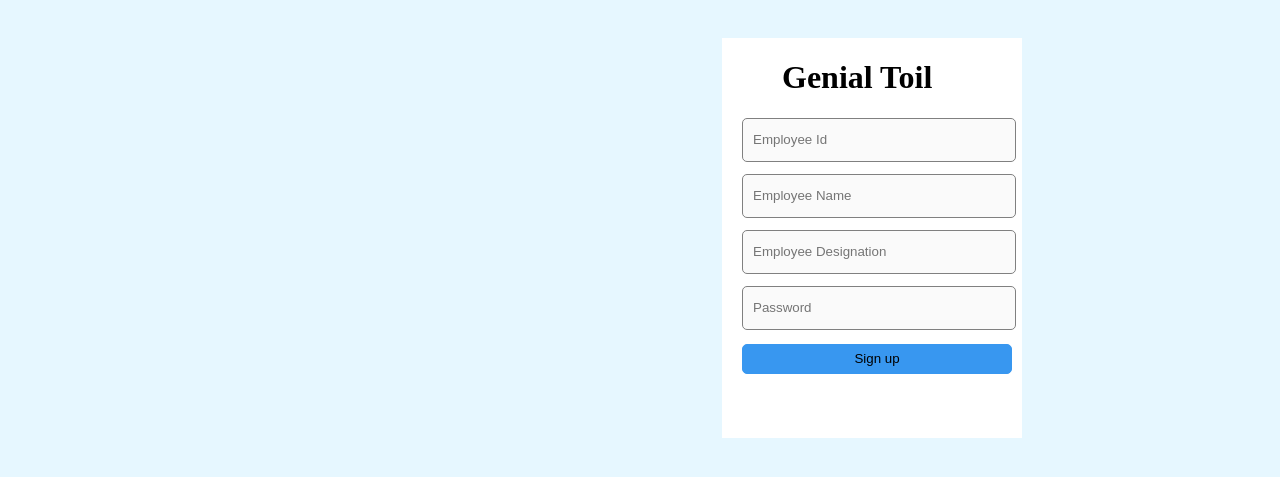
Repository: robin9533/Basic-Programs-App.
Page: GW-Genial Work Proj/GT_GenialToil/WebContent/EmployeeSignup.html
The author's editor kept a copy of each file at every save. The page is drawn from the files as they stood at one save, then again after the next save.
The browser window is 1280 px wide. The pictures show the whole page.

Above is the page before, as saved 2019-05-10 09:59:14.

### GW-Genial Work Proj/GT_GenialToil/WebContent/EmployeeSignup.html
<!DOCTYPE html>
<html>
<head>
<meta charset="ISO-8859-1">
<title>Employee Registration Form</title>
<link rel="Stylesheet" type="text/css" href="EmployeeSignup.css">
</head>
<body>

	<div class="registrationblock">
		<h1>
			Genial Toil
			</h1>
				<Form action="EmployeeSignupServlet">

					<input type="text" name="empId" placeholder="Employee Id">
					<input type="text" name="empName" placeholder="Employee Name">
					<input type="text" name="empDes" placeholder="Employee Designation">
					<input type="password" name="empPass" placeholder="Password">
					<button type="button">Sign up</button>

				</Form>
	</div>

</body>
</html>

### GW-Genial Work Proj/GT_GenialToil/WebContent/EmployeeSignup.css
@charset "ISO-8859-1";

body{
	background-color: #e6f7ff;
}
.registrationblock {
	height:400px;
	width: 300px;
	float:right;
	border:0px solid black;
	background-color: rgb(255, 255, 255);
	margin-top: 30px;
	margin-right: 250px
}
.registrationblock input{
	width: 260px;
	height:40px;
	margin-bottom:12px;
	margin-left:20px;
	background: #fafafa;
	border: none;
	border:1px solid gray;
	border-radius: 5px;
	padding-left: 10px;
}
.registrationblock button{
	width:270px;
	height:30px;
	margin-left:20px;
	margin-top:2px;
	text-align: center;
	cursor: pointer;
	background: #3897F0;
	border-radius:5px;
	border: 1px solid #3897F0;
	}
.registrationblock h1{
	margin-left: 60px;
	cursor: default;
	}

After the next save:
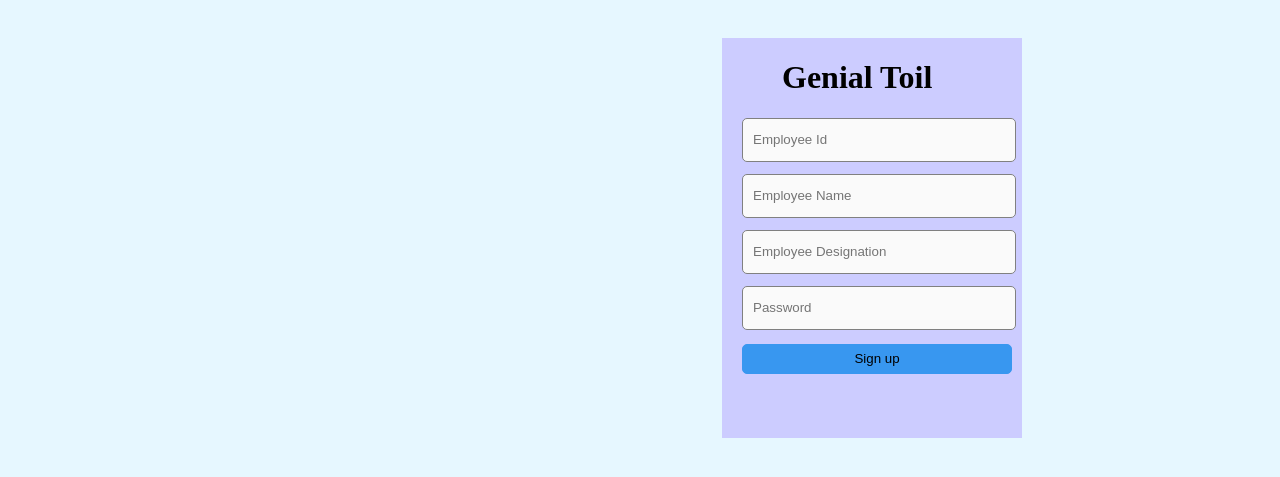
Saved 76 s later.
--- a/GW-Genial Work Proj/GT_GenialToil/WebContent/EmployeeSignup.css
+++ b/GW-Genial Work Proj/GT_GenialToil/WebContent/EmployeeSignup.css
@@ -8,7 +8,7 @@ body{
 	width: 300px;
 	float:right;
 	border:0px solid black;
-	background-color: rgb(255, 255, 255);
+	background-color: #ccccff;
 	margin-top: 30px;
 	margin-right: 250px
 }
